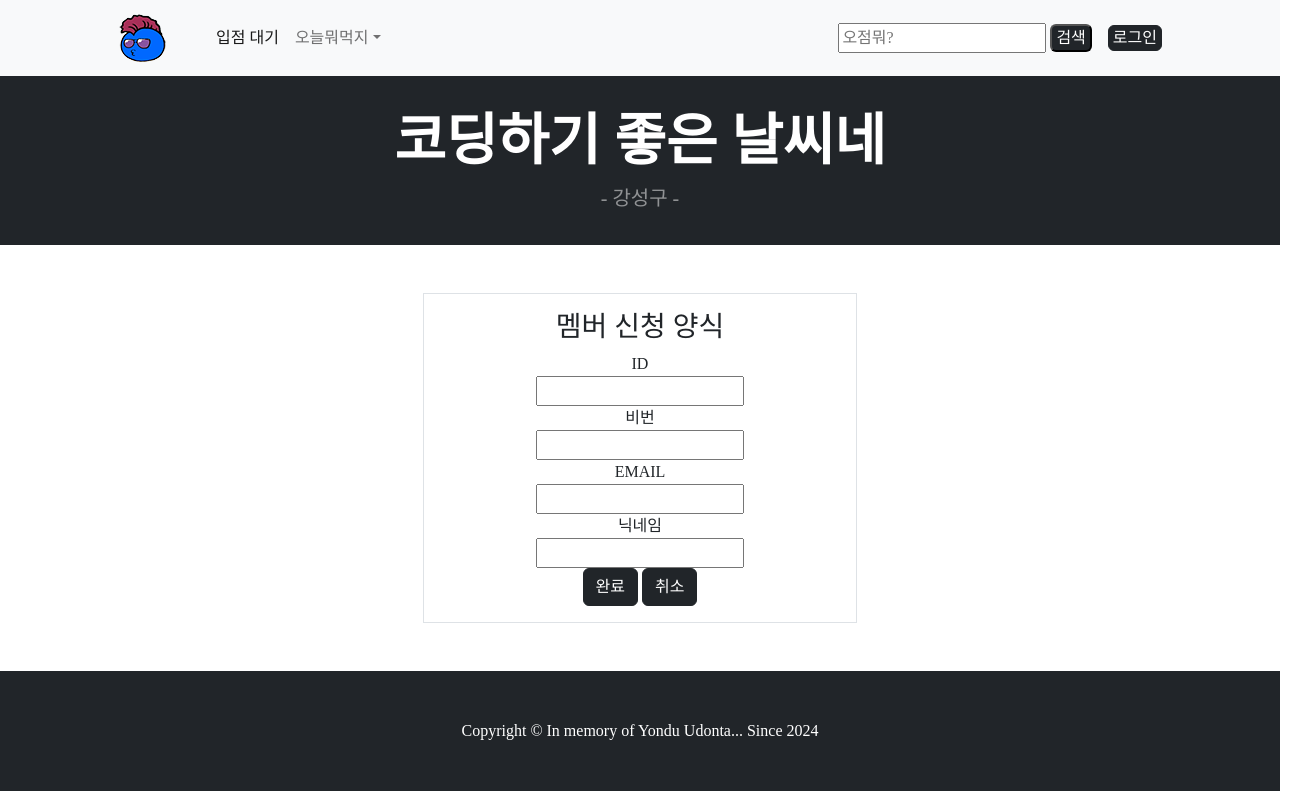
Repository: ashwan94/ydzone
Page: http://localhost/YonduZone/signUp
An editor plug-in stored every save of this project. The page is shown before and after the next save, followed by the edit.
The browser window is 1280 px wide. The page is 1292 px wide, so the pictures cover 1292 px, including what lies to the right of the window. The pictures show the whole page.
Some web fonts or font styles are not loaded; a fallback is used. The page is served by Tomcat 9. Other server files are loaded and not shown.

Above is the page before, as saved 2024-05-01 11:44:01.

### YonduZone/src/main/webapp/WEB-INF/views/common/signUp.jsp
<%@ page language="java" contentType="text/html; charset=UTF-8"
	pageEncoding="UTF-8"%>
<jsp:include page="/WEB-INF/views/common/header.jsp">
	<jsp:param value="회원가입" name="title" />
	<jsp:param value="코딩하기 좋은 날씨네" name="center" />
	<jsp:param value="- 강성구 -" name="content" />
</jsp:include>

<div class="row my-5">
	<div class="col-4"></div>
	<div class="col-4 border py-3 text-center">
		<form action="/signUp" method="post" id="signUpForm">
		<h3>멤버 신청 양식</h3>
		<label>
			<div>ID</div>
			<input type="text" name="id">
		</label>
		<label>
			<div>비번</div>
			<input type="password" name="pw">
		</label>
		<label>
			<div>EMAIL</div>
			<input type="email" name="email">
		</label>
		<label>
			<div>닉네임</div>
			<input type="text" name="nickName">
		</label>
		<input type="hidden" value="${msg }" id="msg">
		<div class="text-center">
			<button type="submit" id="submitBtn" class="btn btn-dark">완료</button>
			<button type="button" id="backBtn" class="btn btn-dark">취소</button>
		</div>
		</form>
	</div>
	<div class="col-4"></div>
</div>

<script src="https://cdn.jsdelivr.net/npm/bootstrap@5.3.3/dist/js/bootstrap.bundle.min.js"></script>
<script src="/Bootstrap/js/scripts.js"></script>

<script>
	const msgEl = document.querySelector("#msg");
	if(msgEl.value != ""){
		alert(msgEl.value);
	}

	const submitBtn = document.querySelector("#submitBtn");
	const backBtn = document.querySelector("#backBtn");

	submitBtn.addEventListener("click", function(e) {
		e.preventDefault();

		const idEl = document.querySelector("[name='id']");
		const pwEl = document.querySelector("[name='pw']");
		const emailEl = document.querySelector("[name='email']");
		const nickNameEl = document.querySelector("[name='nickName']");

		if(idEl.value == "" || pwEl.value == "" || emailEl.value == "" || nickNameEl.value == "") {
			alert("누락된 정보가 있습니다.");
		}else{
			const form = document.querySelector("#signUpForm");
			form.submit();
		}
	})

	backBtn.addEventListener("click", function() {
		history.back();
	});
</script>
<jsp:include page="/WEB-INF/views/common/footer.jsp"/>

### YonduZone/src/main/webapp/WEB-INF/views/common/header.jsp
<%@ page language="java" contentType="text/html; charset=UTF-8"
	pageEncoding="UTF-8"%>
<%@ taglib prefix="c" uri="http://java.sun.com/jsp/jstl/core"%>
<!DOCTYPE html>
<html lang="en">
<head>
<meta charset="UTF-8">
<meta name="viewport"
	content="width=device-width, initial-scale=1, shrink-to-fit=no" />
<meta name="description" content="" />
<meta name="author" content="" />
<!-- Favicon-->
<link rel="icon" type="image/x-icon" href="assets/favicon.ico" />
<!-- Bootstrap icons-->
<link
	href="https://cdn.jsdelivr.net/npm/bootstrap-icons@1.5.0/font/bootstrap-icons.css"
	rel="stylesheet" />
<!-- Core theme CSS (includes Bootstrap)-->
<link href="/Bootstrap/css/styles.css" rel="stylesheet" />
<title>${param.title }</title>
<style>
	a{
		text-decoration:none;
		color:black;
	}
	a:hover{
		color:rgb(57, 151, 255);
	}

	@font-face {
    font-family: 'SUIT-Regular';
    src: url('https://cdn.jsdelivr.net/gh/projectnoonnu/noonfonts_suit@1.0/SUIT-Regular.woff2') format('woff2');
    font-weight: normal;
    font-style: normal;
	}

	* {
		font-family: 'SUIT-Regular';
	}
</style>

</head>
<body>
	<header>
		<nav class="navbar navbar-expand-lg navbar-light bg-light">
			<div class="container px-4 px-lg-5">
				<a class="navbar-brand" href="/main"><img src="${pageContext.request.contextPath }/Source/header/logo/main_logo.png" alt="Welcome to YouduZone!"></a>
				<button class="navbar-toggler" type="button" data-bs-toggle="collapse" data-bs-target="#navbarSupportedContent" aria-controls="navbarSupportedContent" aria-expanded="false" aria-label="Toggle navigation">
					<span class="navbar-toggler-icon"></span>
				</button>
				<div class="collapse navbar-collapse" id="navbarSupportedContent">
					<ul class="navbar-nav me-auto mb-2 mb-lg-0 ms-lg-4">
						<li class="nav-item">
							<a class="nav-link active" aria-current="page" href="/restaurant/stanby?userNo=${sessionScope.user.no }" data-value="${sessionScope.user.no }" id="stanbyRestaurant">입점 대기</a>
						</li>
						<li class="nav-item dropdown">
                            <a class="nav-link dropdown-toggle" id="navbarDropdown" href="#" role="button" data-bs-toggle="dropdown" aria-expanded="false">오늘뭐먹지</a>
                            <ul class="dropdown-menu text-center" aria-labelledby="navbarDropdown">
                                <li><a class="dropdown-item" href="/restaurant/category?category=밥">밥</a></li>
                                <li><a class="dropdown-item" href="/restaurant/category?category=국/찌개">국/찌개</a></li>
                                <li><a class="dropdown-item" href="/restaurant/category?category=면/분식">면/분식</a></li>
                                <li><a class="dropdown-item" href="/restaurant/category?category=야식">야식</a></li>
                            </ul>
                        </li>
					</ul>

					<form action="/restaurant/search" method="get" class="d-flex">
						<label>
							<input type="text" name="searchWord" placeholder="오점뭐?" id="searchBar">
							<button type="submit" class="badge bg-dark text-white fs-6 rounded-25 p-1 fw-normal me-3">검색</button>
						</label>
					</form>
					<c:choose>
						<c:when test="${not empty sessionScope.user }">
							<a href="/restaurant/add" class="badge d-flex bg-dark text-white mx-2 p-1 rounded-25 fs-6 fw-normal">밥집 추가</a>
							<a href="/user/view"><span class="badge bg-dark text-white p-1 rounded-25 fs-6 fw-normal me-2">${sessionScope.user.nickName } 님</span></a>
							<form action="/logout" method="get">
								<button type="submit" class="d-flex badge bg-dark text-white p-1 rounded-25 fs-6 fw-normal">로그아웃</button>
							</form>
						</c:when>
						<c:otherwise>
							<form action="/login" method="get" class="d-flex">
								<button type="submit" class="badge btn btn-outline-dark bg-dark text-white p-1 rounded-25 fs-6 fw-normal">로그인</button>
							</form>
							<input type="hidden" id="loginCheck" value="${empty sessionScope.user }">
						</c:otherwise>
					</c:choose>
				</div>
			</div>
		</nav>
		<div class="container-fluid bg-dark p-3">
			<div class="text-center text-white my-3">
				<h1 class="display-4 fw-bolder">${param.center }</h1>
				<p class="lead fw-normal text-white-50 mb-0">${param.content }</p>
			</div>
		</div>
	</header>

### YonduZone/src/main/webapp/WEB-INF/views/common/footer.jsp
<%@ page language="java" contentType="text/html; charset=UTF-8"
	pageEncoding="UTF-8"%>
<footer class="py-5 bg-dark">
<div class="container">
	<p class="m-0 text-center text-white">Copyright &copy; In memory of Yondu Udonta... Since 2024</p>
</div>
</footer>
<!-- Bootstrap core JS-->
<script src="https://cdn.jsdelivr.net/npm/bootstrap@5.3.3/dist/js/bootstrap.bundle.min.js"></script>
<!-- Core theme JS-->
<script src="/Bootstrap/js/scripts.js"></script>
<script>
	const priceEl = document.querySelectorAll(".price");

	priceEl.forEach(el => {
		if(el == null) {
			console.log("There are no any price elements");
		} else{
			el.innerText = parseInt(el.innerText).toLocaleString() + "원";
		}
	})

	/* const searchBar = document.querySelector("#searchBar");
	searchBar.select(); */

	const loginCheck = document.querySelector("#loginCheck");
	const stanbyRestaurant = document.querySelector("#stanbyRestaurant");

	stanbyRestaurant.addEventListener("click", function(e) {
		e.preventDefault();

		if(loginCheck) {
			alert("로그인 이후 이용 가능합니다.");
			location.href = "/login";
		}else{
			location.href = "/restaurant/stanby?userNo=" + stanbyRestaurant.getAttribute("data-value");
		}
	})
</script>
</body>
</html>

### YonduZone/src/main/java/common/SignUpServlet.java
package common;

import java.io.IOException;
import java.net.URLEncoder;

import javax.servlet.ServletContext;
import javax.servlet.ServletException;
import javax.servlet.annotation.WebServlet;
import javax.servlet.http.HttpServlet;
import javax.servlet.http.HttpServletRequest;
import javax.servlet.http.HttpServletResponse;

import org.apache.ibatis.session.SqlSession;

import user.UserService;
import user.UserVO;

/**
 * Servlet implementation class SignUpServlet
 */
@WebServlet("/signUp")
public class SignUpServlet extends HttpServlet {
	private UserService service;

	@Override
		public void init() throws ServletException {
			ServletContext servletContext = getServletContext();
			SqlSession session = (SqlSession) servletContext.getAttribute("sqlSession");
			this.service = new UserService(session);
		}

	protected void doGet(HttpServletRequest request, HttpServletResponse response) throws ServletException, IOException {
		request.getRequestDispatcher("/WEB-INF/views/common/signUp.jsp").forward(request, response);
	}

	protected void doPost(HttpServletRequest request, HttpServletResponse response) throws ServletException, IOException {
		String id = request.getParameter("id");
		String pw = request.getParameter("pw");
		String email = request.getParameter("email");
		String nickName = request.getParameter("nickName");

		UserVO checkUser = service.getUser(new UserVO(id, pw));

		if(checkUser == null) {
			int insertUser = service.insertUser(new UserVO(id, pw, email, nickName));

			if(insertUser > 0) {
				String msg = URLEncoder.encode("회원가입이 완료되었습니다!", "UTF-8");
				response.sendRedirect("/login?msg=" + msg);
			}

		}else {
			request.setAttribute("msg", "이미 존재하는 계정입니다.");
			request.getRequestDispatcher("/WEB-INF/views/common/signUp.jsp").forward(request, response);
		}


	}

}

Loaded but not shown: YonduZone/src/main/webapp/Bootstrap/css/styles.css (library); YonduZone/src/main/webapp/Bootstrap/js/scripts.js (common file)

After the next save:
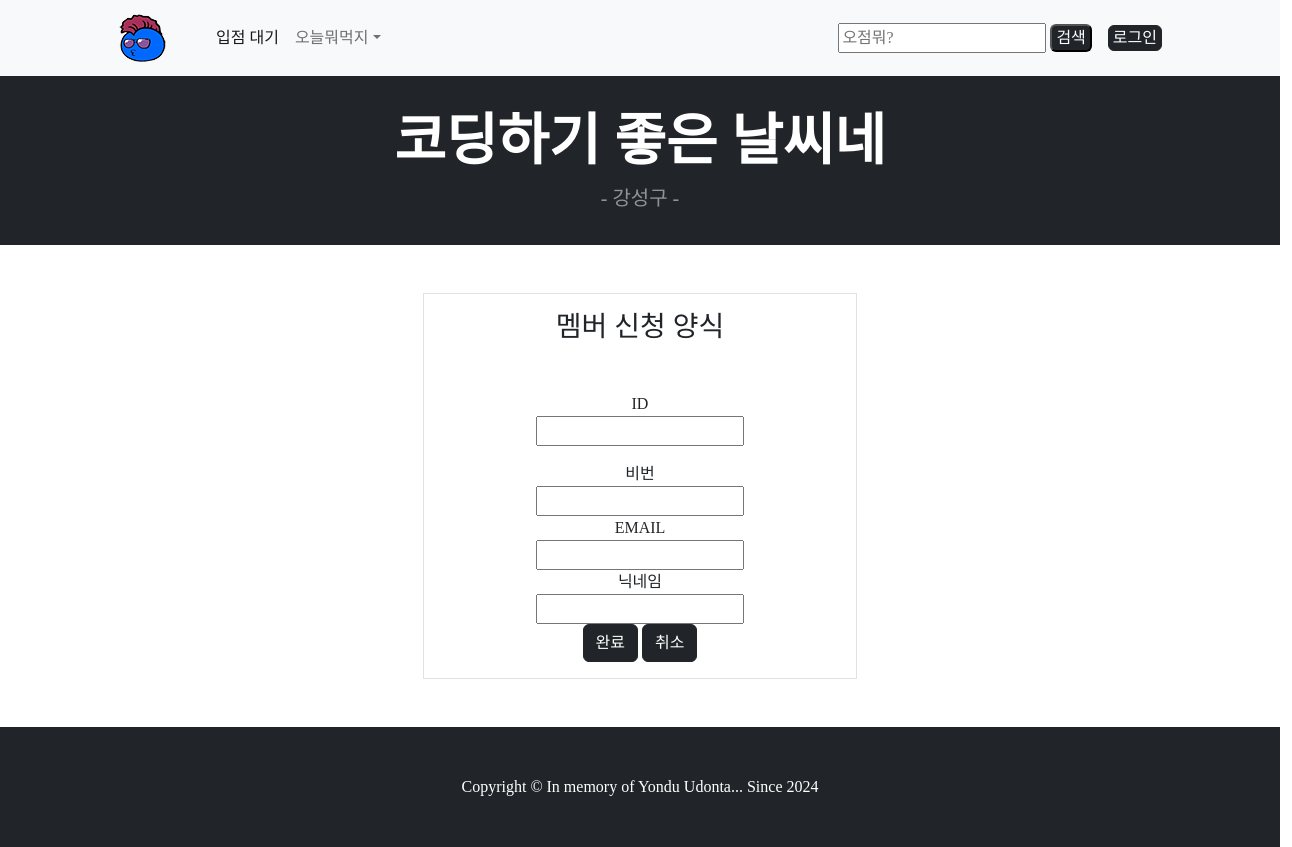
Saved 25 s later.
--- a/YonduZone/src/main/webapp/WEB-INF/views/common/signUp.jsp
+++ b/YonduZone/src/main/webapp/WEB-INF/views/common/signUp.jsp
@@ -11,10 +11,11 @@
 	<div class="col-4 border py-3 text-center">
 		<form action="/signUp" method="post" id="signUpForm">
 		<h3>멤버 신청 양식</h3>
-		<label>
+		<p><label>
 			<div>ID</div>
 			<input type="text" name="id">
 		</label>
+		</p>
 		<label>
 			<div>비번</div>
 			<input type="password" name="pw">

After the save that followed:
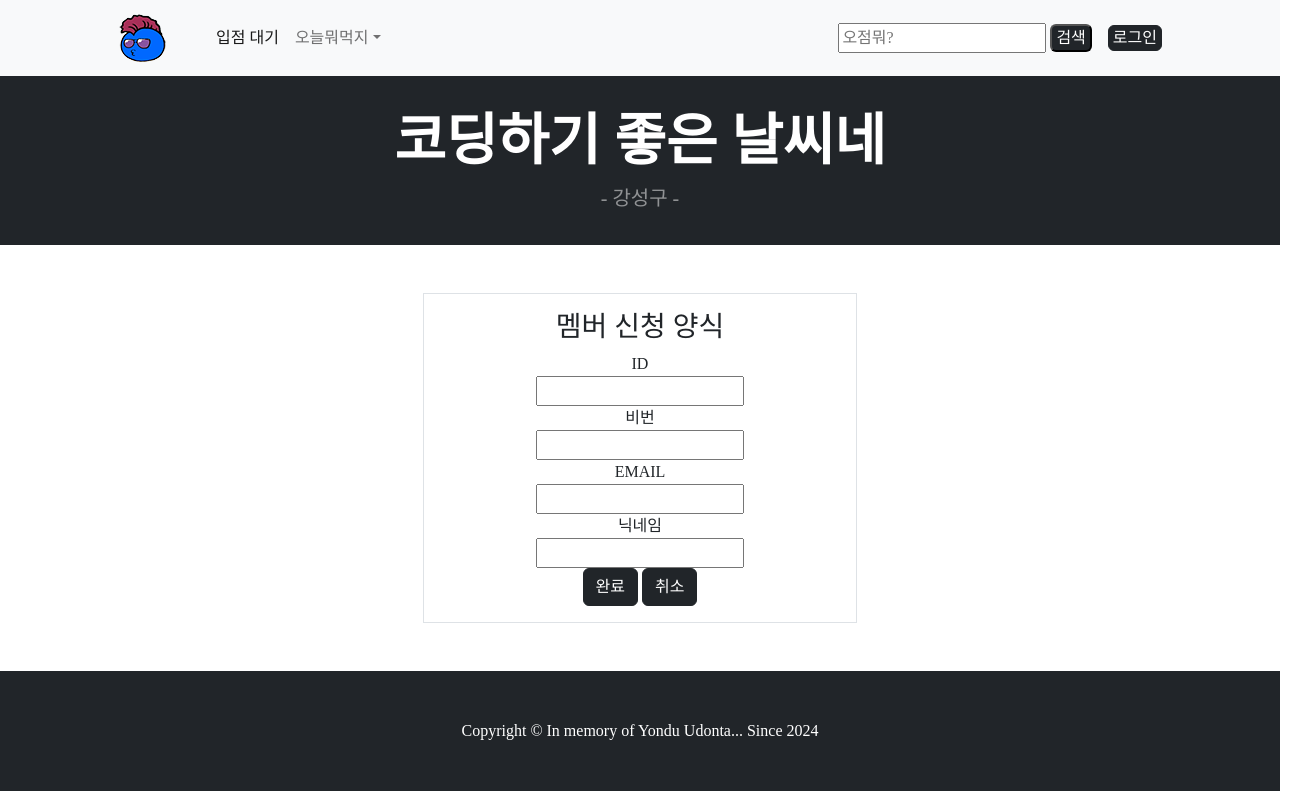
Saved 7 s later.
--- a/YonduZone/src/main/webapp/WEB-INF/views/common/signUp.jsp
+++ b/YonduZone/src/main/webapp/WEB-INF/views/common/signUp.jsp
@@ -11,11 +11,10 @@
 	<div class="col-4 border py-3 text-center">
 		<form action="/signUp" method="post" id="signUpForm">
 		<h3>멤버 신청 양식</h3>
-		<p><label>
+		<label>
 			<div>ID</div>
 			<input type="text" name="id">
 		</label>
-		</p>
 		<label>
 			<div>비번</div>
 			<input type="password" name="pw">
